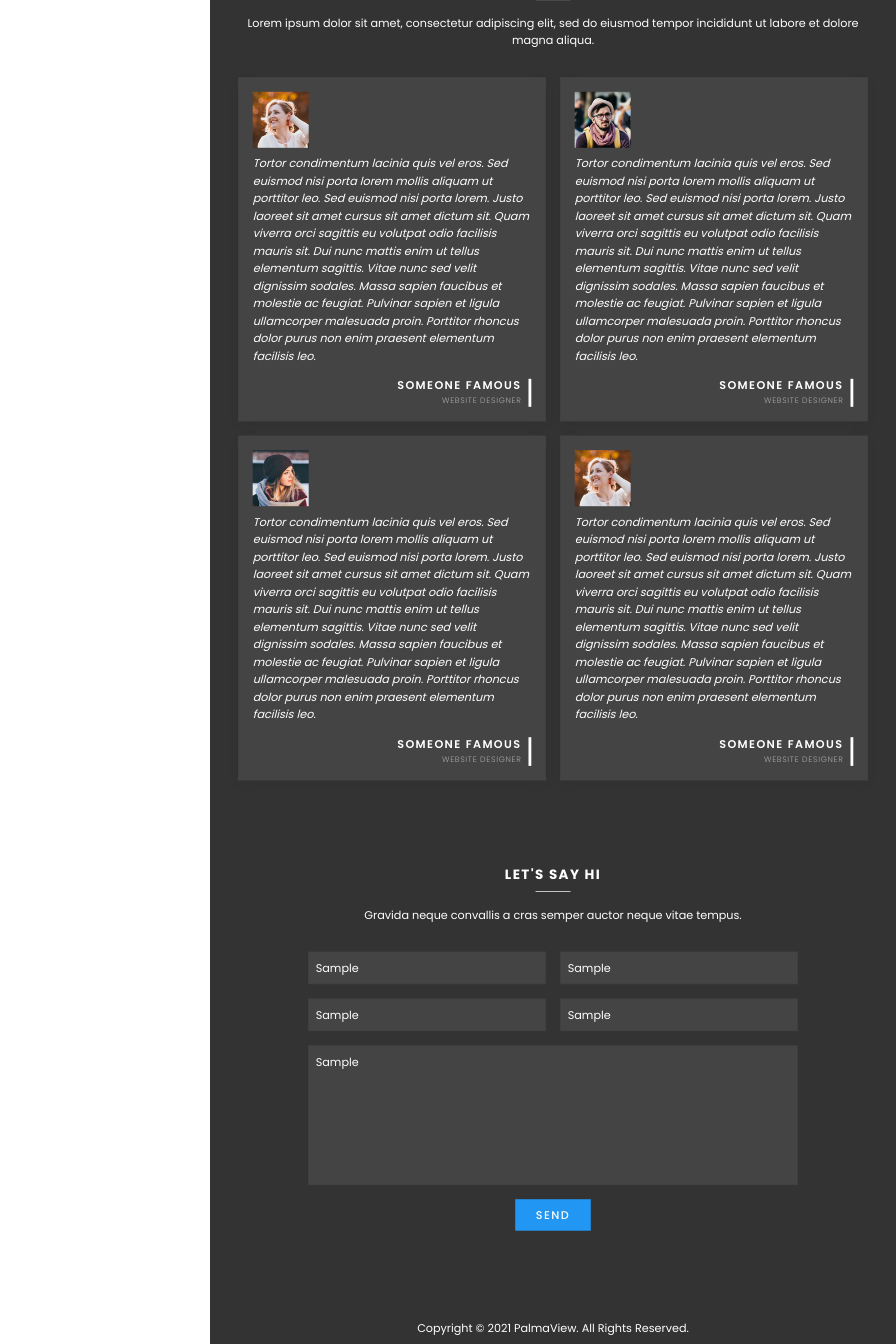
Repository: RussPalms/portforlio-1
Page: index.html
An editor plug-in stored every save of this project. The page is shown before and after the next save, followed by the edit.
The browser window is 1280 px wide. The pictures show the part of the page from y = 3773 to 5693 px (the page is 5693 px tall), at 70% of full size.
Empty fields were first filled with sample values (such as "Sample", 5 or name@example.com).
After loading, the first visible `div.themeSwitch` was clicked once.

Above is the page before, as saved 2021-11-28 16:07:01.

After the next save:
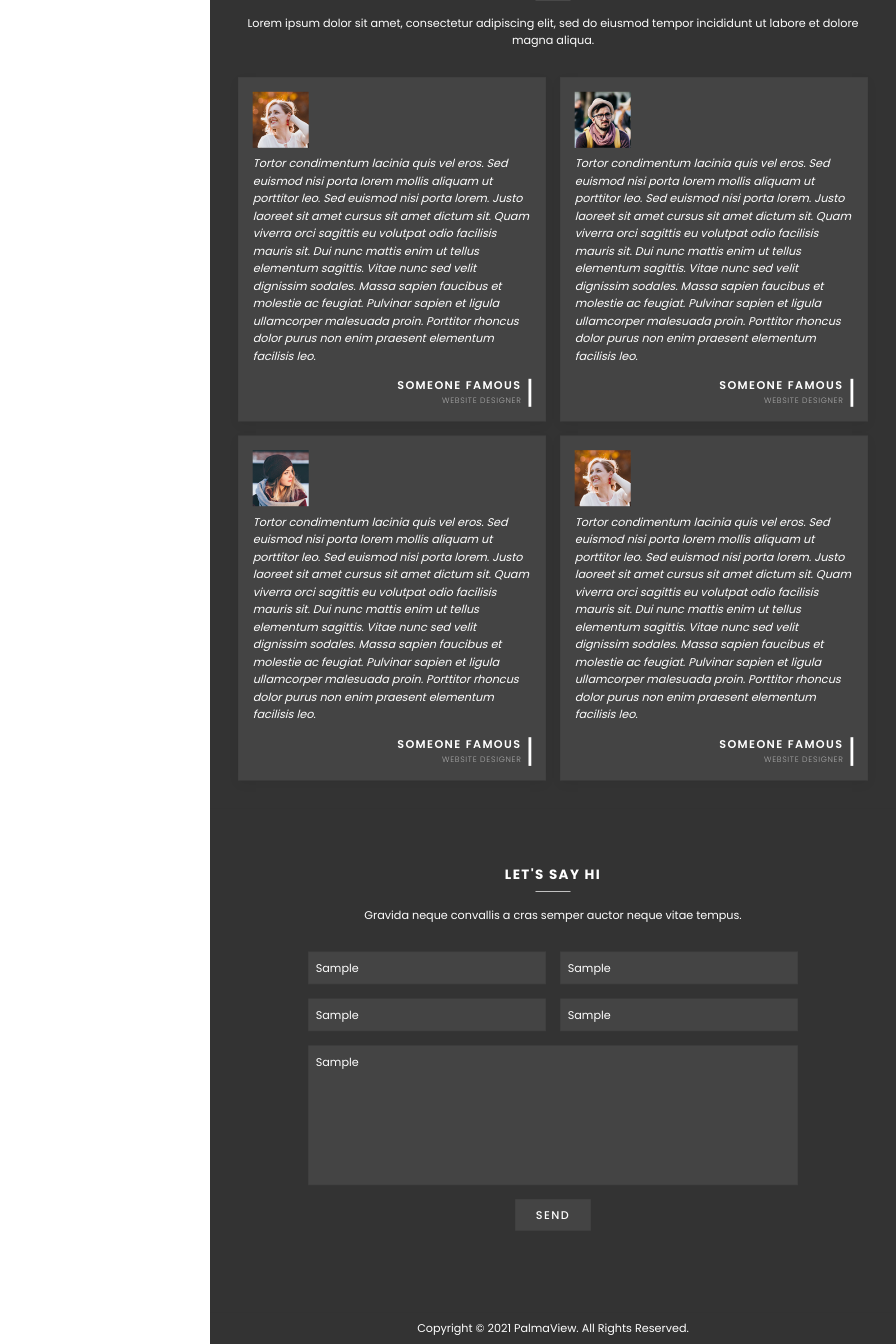
Saved 115 s later.
--- a/style.css
+++ b/style.css
@@ -542,7 +542,7 @@ p {
 	border: none;
 }
 
-.dark .contact .contactForm .row2 input[type="submit"] {
+.dark .contact .contactForm .row2 input[type="submit"]:hover {
 	background: #2196f3;
 }
 
